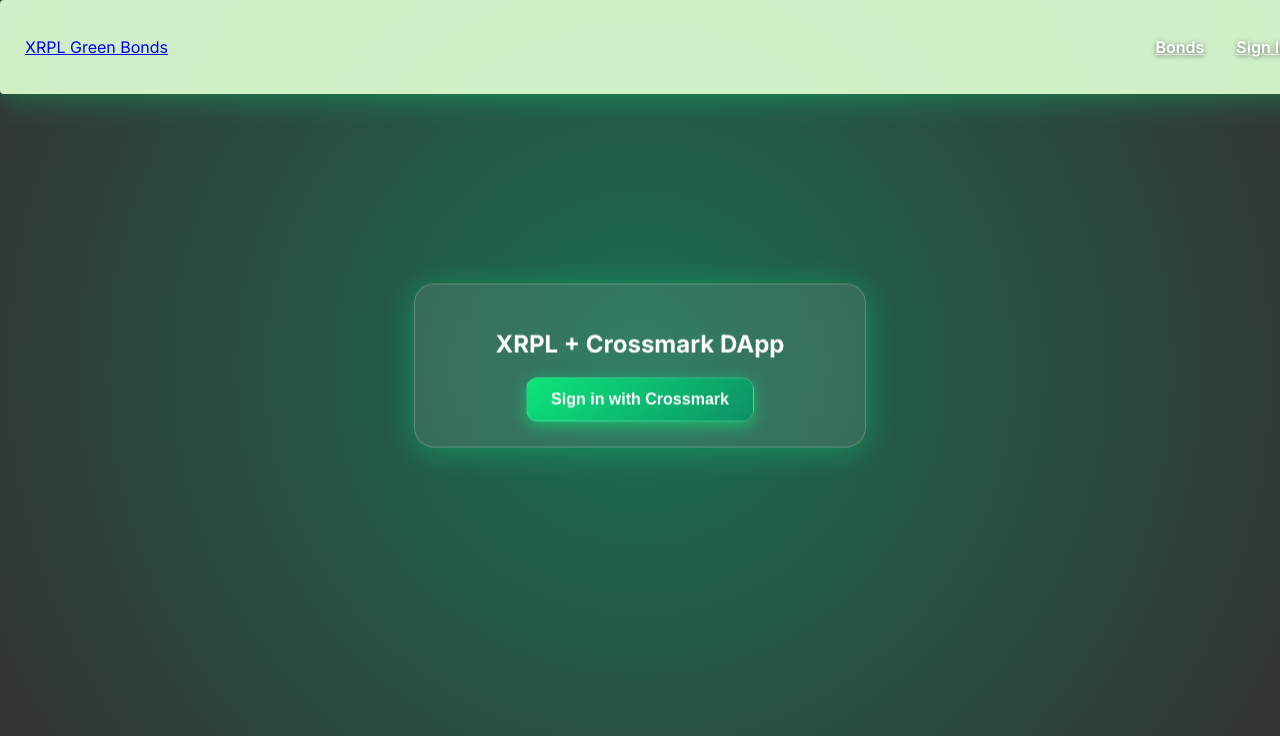
Repository: pbryzek/hackathon-xrpl
Page: / (app in frontend/)
The author's editor kept a copy of each file at every save. The page is drawn from the files as they stood at one save, then again after the next save.
The browser window is 1280 px wide. The pictures show the whole page.
The page's requests for data from a server got no answer. The project was rebuilt for these pictures with package versions that can differ from the ones it lists, and the page was loaded fresh each time. No one was signed in, and anything a server would have sent is missing. Also part of the build but not shown: frontend/vite.config.ts, frontend/src/services/bondService.ts, frontend/src/pages/BondSelection.tsx, frontend/src/lib/utils.ts, frontend/src/components/ui/button.tsx, frontend/src/components/ui/input.tsx, frontend/src/components/ui/label.tsx, frontend/src/components/ui/tabs.tsx and 15 more.

Above is the page before, as saved 2025-03-15 11:41:17.

### frontend/index.html
<!DOCTYPE html>
<html lang="en">
  <head>
    <meta charset="UTF-8" />
    <meta name="viewport" content="width=device-width, initial-scale=1.0" />
    <title>buy-sell-bonds</title>
    <meta name="description" content="Lovable Generated Project" />
    <meta name="author" content="Lovable" />
    <meta property="og:image" content="/og-image.png" />
  </head>

  <body>
    <div id="root"></div>
    <!-- IMPORTANT: DO NOT REMOVE THIS SCRIPT TAG OR THIS VERY COMMENT! -->
    <script src="https://cdn.gpteng.co/gptengineer.js" type="module"></script>
    <script type="module" src="/src/main.tsx"></script>
  </body>
</html>

### frontend/src/main.tsx
import { createRoot } from 'react-dom/client'
import App from './App.tsx'
import './index.css'
import './index1.css'

createRoot(document.getElementById("root")!).render(<App />);

### frontend/src/App.tsx
import React from "react";
import { BrowserRouter as Router, Routes, Route } from "react-router-dom";
import BondSelection from "./pages/BondSelection";
import CrossMarkAuth from "./pages/CrossMarkAuth";
import Index from "./pages/Index";
import NotFound from "./pages/NotFound";
// ✅ Import the Header Component
import Header from "./components/ui/header";
import "./index.css"; // ✅ Ensure Tailwind is applied
import "./index1.css"; // ✅ Ensure Tailwind is applied


const App: React.FC = () => {
  return (
    <Router>
      <div className="flex flex-col min-h-screen bg-background text-foreground">
        <Header />
        <main className="flex-grow p-4">
          <Routes>
            <Route path="/" element={<CrossMarkAuth />} />
            <Route path="/bonds" element={<BondSelection />} />
            <Route path="/marketplace" element={<Index />} />
            <Route path="*" element={<NotFound />} />
          </Routes>
        </main>
      </div>
    </Router>
  );
};

export default App;

### frontend/src/index.css
@import url('https://fonts.googleapis.com/css2?family=Inter:wght@100;200;300;400;500;600;700;800;900&display=swap');

@tailwind base;
@tailwind components;
@tailwind utilities;


@layer base {
  :root {
    --background: 210 40% 98%;
    --foreground: 222 47% 11%;

    --card: 0 0% 100%;
    --card-foreground: 222 47% 11%;

    --popover: 0 0% 100%;
    --popover-foreground: 222 47% 11%;

    --primary: 221 83% 53%;
    --primary-foreground: 210 40% 98%;

    --secondary: 210 40% 96%;
    --secondary-foreground: 222 47% 11%;

    --muted: 210 40% 96%;
    --muted-foreground: 220 16% 46%;

    --accent: 210 40% 96%;
    --accent-foreground: 222 47% 11%;

    --destructive: 0 84% 60%;
    --destructive-foreground: 210 40% 98%;

    --border: 220 14% 90%;
    --input: 220 14% 90%;
    --ring: 221 83% 53%;

    --radius: 0.8rem;

    --bond-blue: 221 83% 53%;
    --bond-blue-light: 213 94% 68%;
    --bond-blue-dark: 224 76% 48%;
    --bond-gray: 220 14% 90%;
    --bond-gray-light: 220 14% 95%;
    --bond-gray-dark: 218 11% 80%;
    --bond-green: 142 76% 36%;
    --bond-red: 0 84% 60%;
  }

  .dark {
    --background: 222 47% 11%;
    --foreground: 210 40% 98%;

    --card: 222 47% 11%;
    --card-foreground: 210 40% 98%;

    --popover: 222 47% 11%;
    --popover-foreground: 210 40% 98%;

    --primary: 217 91% 60%;
    --primary-foreground: 222 47% 11%;

    --secondary: 217 33% 17%;
    --secondary-foreground: 210 40% 98%;

    --muted: 217 33% 17%;
    --muted-foreground: 215 20% 65%;

    --accent: 217 33% 17%;
    --accent-foreground: 210 40% 98%;

    --destructive: 0 63% 31%;
    --destructive-foreground: 210 40% 98%;

    --border: 217 33% 17%;
    --input: 217 33% 17%;
    --ring: 224 76% 48%;
  }
}

@layer base {
  body {
    background-color: hsl(var(--background));
    color: hsl(var(--foreground));
  }
}

.glass-panel {
  background-color: rgba(255, 255, 255, 0.9);
  backdrop-filter: blur(12px);
  border: 1px solid rgba(255, 255, 255, 0.4);
  box-shadow: 0 4px 6px -1px rgba(0, 0, 0, 0.1), 0 2px 4px -1px rgba(0, 0, 0, 0.06);
}

.animate-enter {
  animation: fade-in 0.4s forwards, slide-up 0.4s forwards;
}

.bond-hover {
  transition: all 0.2s ease-out;
}

.bond-hover:hover {
  transform: translateY(-2px);
}

/* Scrollbar styling */
::-webkit-scrollbar {
  width: 6px;
  height: 6px;
}

::-webkit-scrollbar-track {
  background: transparent;
}

::-webkit-scrollbar-thumb {
  background: hsl(var(--bond-gray-dark));
  border-radius: 6px;
}

::-webkit-scrollbar-thumb:hover {
  background: hsl(var(--bond-blue-light));
}

/* ✅ Floating effect for navbar */
header {
  box-shadow: 0px 4px 30px rgba(0, 255, 128, 0.3);
}

### frontend/src/index1.css
@tailwind base;
@tailwind components;
@tailwind utilities;

@keyframes float {
  0% { transform: translateY(0px); }
  50% { transform: translateY(-10px); }
  100% { transform: translateY(0px); }
}

/* ✅ Global Styles */
body {
  background: radial-gradient(circle, rgba(2, 96, 64, 0.9) 0%, rgba(0, 0, 0, 0.8) 100%);
  color: white;
  font-family: "Inter", sans-serif;
}

/* ✅ Floating Animation */
.floating {
  animation: float 3s ease-in-out infinite;
}
/* ✅ Lightened Glassmorphism Navbar */
.header {
  background: rgba(221, 253, 211, 0.931); /* Lighter semi-transparent */
  backdrop-filter: blur(20px);
  box-shadow: 0px px 15px rgba(187, 253, 220, 0.4);
  padding: 25px;
  border-radius: 4px;
  position: fixed;
  top: 0;
  left: 0;
  width: 100%;
  z-index: 50;
}

/* ✅ Navbar Links */
.nav-link {
  color: white !important; /* Brighter for visibility */
  font-weight: 600;
  text-shadow: 0px 1px 5px rgba(0, 0, 0, 0.5); /* Slight glow */
  padding: 12px 16px;
  border-radius: 8px;
  transition: background 0.3s ease-in-out;
}

.nav-link:hover {
  background: rgba(255, 255, 255, 0.4);
  color: #001F1F; /* Darker contrast on hover */
  text-shadow: none;
}

/* ✅ Logo Visibility */
.logo {
  font-size: 1.5rem;
  font-weight: bold;
  color: #00FF99; /* Neon green */
  text-shadow: 0px 2px 10px rgba(0, 255, 128, 0.7);
}
/* ✅ Glass Card */
.glass-card {
  background: rgba(255, 255, 255, 0.1); /* Semi-transparent white */
  backdrop-filter: blur(15px); /* Smooth frosted glass effect */
  box-shadow: 0px 4px 30px rgba(0, 255, 128, 0.3); /* Stronger green glow */
  border: 1px solid rgba(255, 255, 255, 0.2); /* Subtle border */
  padding: 25px;
  border-radius: 20px;
  transition: all 0.3s ease-in-out;
}

.glass-card:hover {
  box-shadow: 0px 6px 35px rgba(0, 255, 128, 0.5); /* More intense on hover */
  transform: scale(1.02); /* Slight expansion effect */
}

/* ✅ Glass Button */
.glass-button {
  background: linear-gradient(135deg, rgba(0, 255, 128, 0.8), rgba(0, 150, 100, 0.8));
  color: white;
  padding: 12px 24px;
  border-radius: 12px;
  font-size: 16px;
  font-weight: bold;
  backdrop-filter: blur(15px);
  border: 1px solid rgba(255, 255, 255, 0.2);
  box-shadow: 0px 4px 15px rgba(0, 255, 128, 0.5);
  transition: all 0.3s ease-in-out;
}

.glass-button:hover {
  background: linear-gradient(135deg, rgba(0, 255, 128, 1), rgba(0, 150, 100, 1));
  transform: scale(1.05);
  box-shadow: 0px 6px 20px rgba(0, 255, 128, 0.7);
}

.glass-button:disabled {
  background: rgba(255, 255, 255, 0.2);
  cursor: not-allowed;
  box-shadow: none;
}

### frontend/src/pages/CrossMarkAuth.tsx
import React, { useState, useEffect } from "react";
import sdk from "@crossmarkio/sdk";
import * as xrpl from "xrpl";
import "../index1.css"
import { signIn } from "../services/authService"; // Import service

const CrossmarkAuth: React.FC = () => {
  const [account, setAccount] = useState<string | null>(null);
  const [balance, setBalance] = useState<string | null>(null);
  const [isLoading, setIsLoading] = useState<boolean>(false);

  useEffect(() => {
    console.log("Crossmark session will not restore automatically.");
    // Do NOT check localStorage or auto-authenticate
  }, []);


  const signInWithCrossmark = async () => {
    setIsLoading(true);
    try {
      console.log("User clicked sign-in, starting authentication...");

      // Step 1: Authenticate via Crossmark
      const { response } = await sdk.methods.signInAndWait();
      if (!response || !response.data || !response.data.address) {
        throw new Error("Failed to authenticate with Crossmark");
      }

      const userAccount = response.data.address;
      setAccount(userAccount);
      fetchBalance(userAccount);

      // Step 2: Send wallet address to backend
      console.log("Sending wallet address to backend...");
      const backendResponse = await signIn();
      console.log("Backend Response:", backendResponse);

    } catch (error) {
      console.error("Crossmark sign-in failed:", error);
    } finally {
      setIsLoading(false);
    }
  };

  const fetchBalance = async (walletAddress: string) => {
    try {
      const client = new xrpl.Client("wss://s.altnet.rippletest.net/");
      await client.connect();
      const response = await client.request({
        command: "account_info",
        account: walletAddress,
        ledger_index: "validated",
      });
      const xrpBalance = xrpl.dropsToXrp(response.result.account_data.Balance);
      setBalance(xrpBalance.toString());
      client.disconnect();
    } catch (error) {
      console.error("Error fetching balance:", error);
    }
  };

  return (
    <div className="flex justify-center items-center h-screen bg-background">
      <div className="floating glass-card text-center w-[400px]">
        <h2 className="text-2xl font-semibold text-primary mb-4">XRPL + Crossmark DApp</h2>

        {!account ? (
          <button
            onClick={signInWithCrossmark}
            disabled={isLoading}
            className="glass-button transition-all duration-300"
          >
            {isLoading ? "Signing in..." : "Sign in with Crossmark"}
          </button>
        ) : (
          <>
            <p className="text-lg text-white/90 mb-2">Connected Wallet:</p>
            <p className="text-white text-lg font-bold">{account}</p>
            <p className="text-sm text-white/70 mt-2">Balance: {balance} XRP</p>
          </>
        )}
      </div>
    </div>
  );
};

export default CrossmarkAuth;

### frontend/src/components/ui/header.tsx
import React from "react";
import { Link } from "react-router-dom";

const Header: React.FC = () => {
  return (
    <header className="header">
      <div className="container mx-auto flex justify-between items-center px-6">
        {/* ✅ Logo */}
        <Link to="/" className="text-2xl font-extrabold text-primary tracking-wider">
          XRPL Green Bonds
        </Link>

        {/* ✅ Navigation Links */}
        <nav className="flex space-x-6">
          <Link to="/bonds" className="nav-link">Bonds</Link>
          <Link to="/auth" className="nav-link">Sign In</Link>
        </nav>
      </div>
    </header>
  );
};

export default Header;

### frontend/src/services/authService.ts
const BACKEND_URL = import.meta.env.VITE_BACKEND_DOMAIN;

export const signIn = async () => {
    try {
      const response = await fetch(`${BACKEND_URL}/create-signin`, {
        method: "POST",
        headers: {
          "Content-Type": "application/json",
        },
      });

      if (!response.ok) {
        throw new Error(`HTTP error! Status: ${response.status}`);
      }

      const data = await response.json();
      console.log("Sign-in response:", data);
      return data;
    } catch (error) {
      console.error("Error signing in:", error);
      throw error;
    }
};

After the next save:
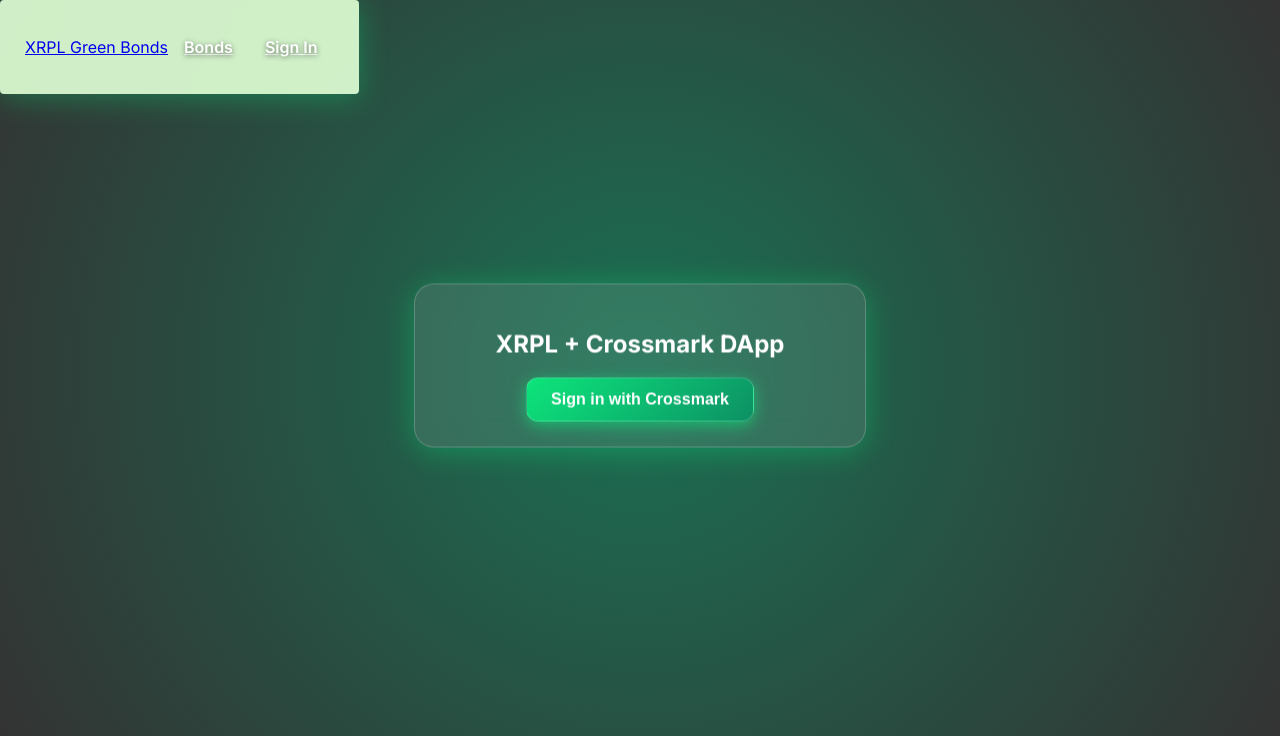
Saved 7 s later.
--- a/frontend/src/index1.css
+++ b/frontend/src/index1.css
@@ -29,6 +29,7 @@
   position: fixed;
   top: 0;
   left: 0;
+  right:10
   width: 100%;
   z-index: 50;
 }

After the save that followed:
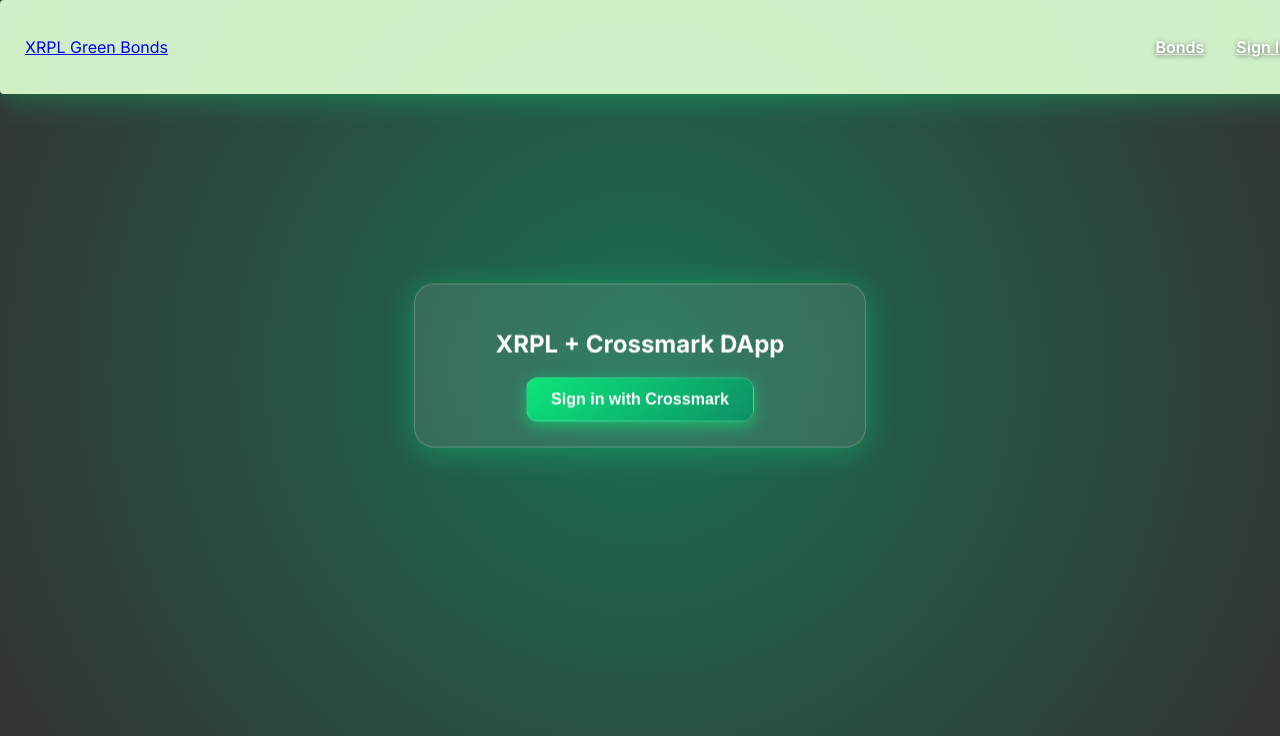
Saved 21 s later.
--- a/frontend/src/index1.css
+++ b/frontend/src/index1.css
@@ -29,7 +29,6 @@
   position: fixed;
   top: 0;
   left: 0;
-  right:10
   width: 100%;
   z-index: 50;
 }
@@ -57,6 +56,8 @@
   color: #00FF99; /* Neon green */
   text-shadow: 0px 2px 10px rgba(0, 255, 128, 0.7);
 }
+
+
 /* ✅ Glass Card */
 .glass-card {
   background: rgba(255, 255, 255, 0.1); /* Semi-transparent white */
